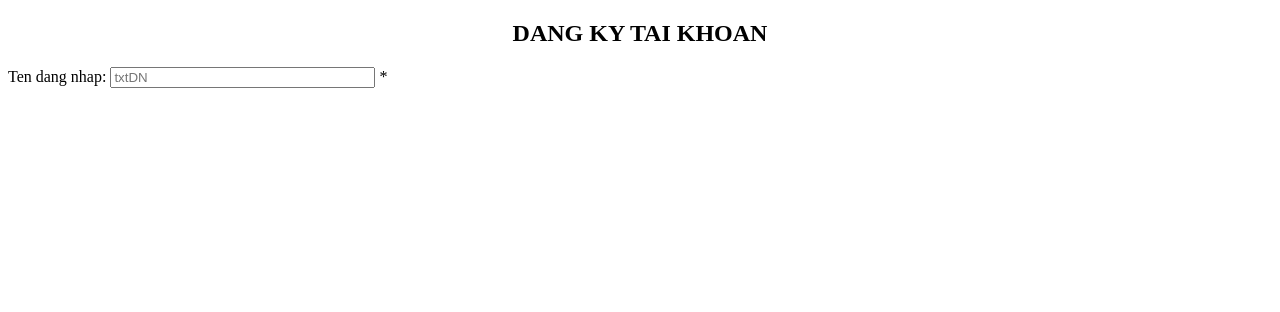
Repository: NguyenThiKimNgocc/20025251_NguyenThiKimNgoc_Web_Nhom1
Page: Tuan 05/html/index.html
The author's editor kept a copy of each file at every save. The page is drawn from the files as they stood at one save, then again after the next save.
The browser window is 1280 px wide. The pictures show the whole page.

Above is the page before, as saved 2022-03-16 13:31:53.

### Tuan 05/html/index.html
<!DOCTYPE html>
<html lang="en">
<head>
    <meta charset="UTF-8">
    <meta http-equiv="X-UA-Compatible" content="IE=edge">
    <meta name="viewport" content="width=device-width, initial-scale=1.0">
    <title>Document</title>
    <script>
        function KiemTraTenDN(){
            var re = /^[a-z]*w/;
            if(re.test(document.getElementById('txtDN').value.trim()) == false){
                tendn.innerText
            }
        }
    </script>
</head>
<body>
    <h2 align = "center">DANG KY TAI KHOAN</h2>
    <form action="#" onsubmit="SubmitForm();" method="post" name="form1"></form>

    <div>
        <label for="txtDN" class="title">Ten dang nhap: </label>
        <input id="txtDN" onblur="return KiemTraTenDN();" type="text" name="txtdn" size="30" placeholder="txtDN" /><span id="tendn"> *</span>
    </div>
</body>
</html>

After the next save:
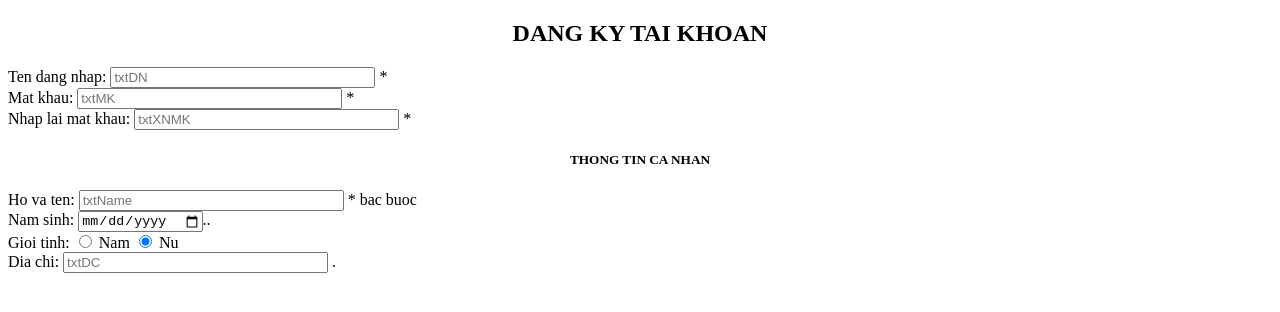
Saved 11 min 51 s later.
--- a/Tuan 05/html/index.html
+++ b/Tuan 05/html/index.html
@@ -20,7 +20,36 @@
 
     <div>
         <label for="txtDN" class="title">Ten dang nhap: </label>
-        <input id="txtDN" onblur="return KiemTraTenDN();" type="text" name="txtdn" size="30" placeholder="txtDN" /><span id="tendn"> *</span>
+        <input id="txtDN" onblur="return KiemTraTenDN();" type="text" name="txtdn" size="30" placeholder="txtDN" /><span id="tendn"> * </span>
+    </div>
+    <div>
+        <label for="txtMK" class="title">Mat khau:  </label>
+        <input id="txtMK" onblur="return KiemTraPassword();" type="password" name="txtmk" size="30" placeholder="txtMK" /><span id="mk"> * </span>
+    </div>
+    <div>
+        <label for="txtXNMK" class="title">Nhap lai mat khau: </label>
+        <input id="txtXNMK" onblur="return KiemTraXacNhanPassword();" type="password" name="txtXNMK" size="30" placeholder="txtXNMK" /><span id="xnmk"> * </span>
+    </div>
+
+    <h5 align="center">THONG TIN CA NHAN</h5>
+    <div>
+        <label for="txTName" class="title">Ho va ten: </label>
+        <input type="text" id="txtName" name="txtName" size="30" placeholder="txtName" /><span id="hoten"> * bac buoc </span>
+    </div>
+    <div>
+        <label for="txTNS" class="title">Nam sinh: </label>
+        <input type="date" id="txtNS" name="txtNS" size="30" placeholder="txtNS" onblur="return KiemTraNgaySinh();"/><span id="ngaysinh">..</span>
+    </div class="radio-buttons">
+    <div>
+        <span class="title">Gioi tinh: </span>
+        <input type="radio" name="genger" id="male" value="M" checked>
+        <label for="male">Nam</label>
+        <input type="radio" name="genger" id="female" value="F" checked>
+        <label for="female">Nu</label>
+    </div>
+    <div>
+        <label for="txtDC" class="title">Dia chi: </label>
+        <input type="text" name="txtDC" id="txtDC" size="30" placeholder="txtDC" /><span id="diachi"> . </span>
     </div>
 </body>
 </html>
